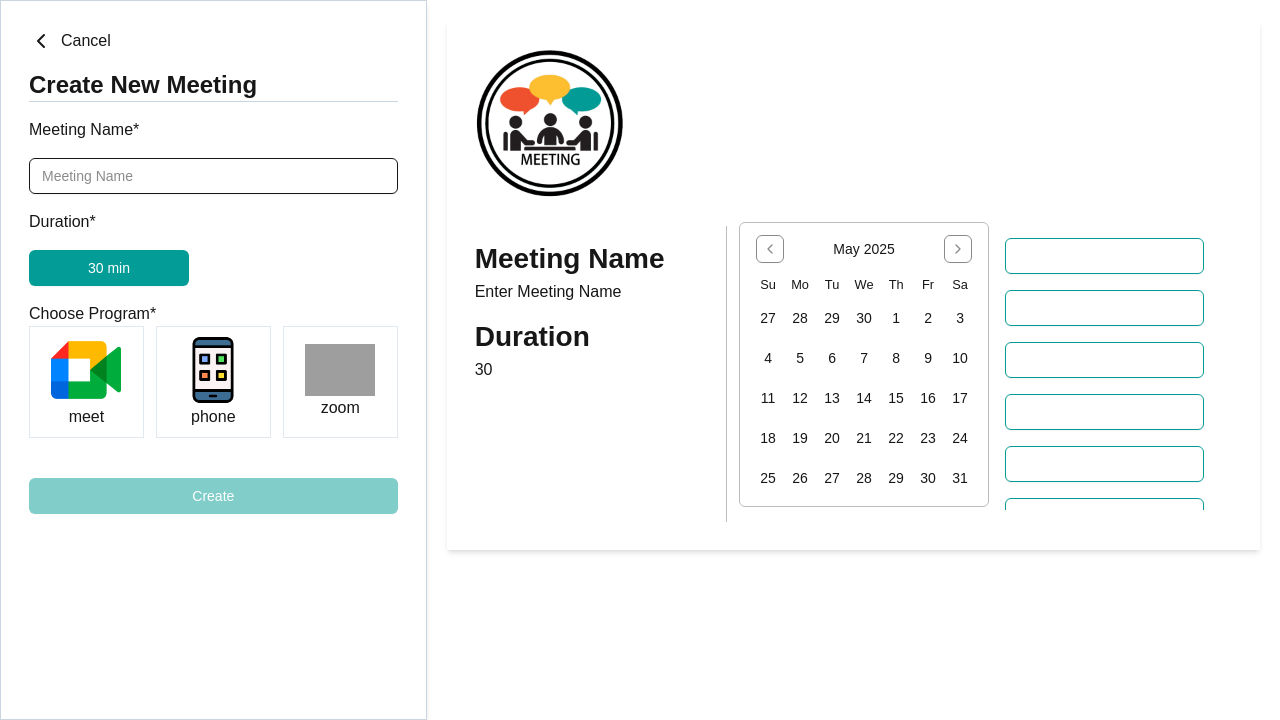
Repository: walaa-horani/scheduleMeetingNextjs
Page: /create-meeting
These files come from the project's save history. The page is drawn as it stood at one moment and after the next save; the edit follows.
The browser window is 1280 px wide. The pictures show the whole page.
Pictures or frames that could not be fetched are drawn as grey boxes. The project was rebuilt for these pictures with package versions that can differ from the ones it lists, and the page was loaded fresh each time. The framework's server and built-in components were replaced by stand-ins that run in the browser. Also part of the build but not shown: next.config.mjs.

Above is the page before, as saved 2025-05-28 22:01:13.

### app/layout.js
import { Inter, JetBrains_Mono } from "next/font/google";
import "./globals.css";

const inter = Inter({
  variable: "--font-sans",
  subsets: ["latin"],
});

const jetbrains = JetBrains_Mono({
  variable: "--font-mono",
  subsets: ["latin"],
});
export const metadata = {
  title: "Create Next App",
  description: "Generated by create next app",
};

export default function RootLayout({ children }) {
  return (
    <html lang="en">
      <body
        className={`${inter.variable} ${inter.variable} antialiased`}
      >
        {children}
      </body>
    </html>
  );
}

### app/(routes)/create-meeting/page.js
"use client"
import React, { useState } from 'react'
  import MeetingForm from './_components/MeetingForm'
import PreviewMeeting from './PreviewMeeting'
function CreateMeeting() {

      const [formValue,setFormValue] = useState()





  return (
    <div className='grid md:grid-cols-3 grid-cols-1'>

<div className=' p-3 shadow-md border border-slate-300 h-screen'>

          <MeetingForm setFormValue={setFormValue}/>
        </div>

        <div className='col-span-2'>
        <PreviewMeeting formValue={formValue}/>
        </div>
    </div>
  )
}

export default CreateMeeting

### app/(routes)/create-meeting/_components/MeetingForm.js
"use client"
import { ChevronLeft } from 'lucide-react'
import React, { useEffect, useState } from 'react'
import { Input } from '@/components/ui/input'
import { Button } from '@/components/ui/button'
import porgrams from '../../_utils/program'
import Image from 'next/image'
import {
  DropdownMenu,
  DropdownMenuContent,
  DropdownMenuItem,
  DropdownMenuLabel,
  DropdownMenuSeparator,
  DropdownMenuTrigger,
} from "@/components/ui/dropdown-menu"
import Link from 'next/link'

function MeetingForm({setFormValue}) {

    const [program,setProgram]= useState()
    const [meetingName,setMeeting] = useState()
    const [duration,setDuration] = useState(30)

    const [programsURL,setProgramsURL] = useState()



    useEffect(()=>{
      setFormValue({
        program:program,
        meetingName:meetingName,
        duration:duration,
        programsURL:programsURL

      })
    },[program,meetingName,duration,programsURL])





  return (
    <div className='p-4  '>
       <Link className='cursor-pointer' href={"/dashboard"}> <h1 className='flex gap-2 '> <ChevronLeft/> Cancel</h1></Link>
        <div>
            <h1 className='font-bold text-2xl mt-4'>Create New Meeting</h1>


            </div>

             <hr className='text-slate-300'/>

             <div className='flex flex-col gap-4 my-4'>

                <h2>Meeting Name*</h2>
                <Input onChange={(e)=> setMeeting(e.target.value)} placeholder="Meeting Name"/>
                </div>

             <div className='flex flex-col gap-4 my-4'>

                <h2>Duration*</h2>
             <Button className="max-w-40 text-white" >

                <DropdownMenu className="bg-white ">
  <DropdownMenuTrigger>{duration} min</DropdownMenuTrigger>
  <DropdownMenuContent className="bg-white border border-gray-200 shadow-lg rounded-md p-2 w-40">

    <DropdownMenuItem onClick={(e)=> setDuration(15)}>15 Min</DropdownMenuItem>
    <DropdownMenuItem onClick={(e)=> setDuration(30)}>30 Min</DropdownMenuItem>
    <DropdownMenuItem onClick={(e)=> setDuration(45)}>45 Min</DropdownMenuItem>
    <DropdownMenuItem onClick={(e)=> setDuration(60)}>60 Min</DropdownMenuItem>
  </DropdownMenuContent>
</DropdownMenu>

             </Button>
                </div>

                <div>
                   <h2>Choose Program*</h2>

                    <div  className='grid grid-cols-3 gap-3'>


                    {porgrams.map((item)=>(
                        <div onClick={()=> setProgram(item.name)} className={ `cursor-pointer hover:bg-[#e8f7f6] border-slate-200 p-2 flex flex-col justify-center border items-center ${program==item.name&&"bg-[#e8f7f6]"}`}>

                        <Image width={70} height={70} alt='image' src={item.icon}/>
                        <h2>{item.name}</h2>
                         </div>
                    ))}
                    </div>

                     {program&&
                        <>
                    <h2 className='mt-4'>Add {program} Url*</h2>
                <Input  onChange={(e)=> setProgramsURL(e.target.value)} placeholder="url"/></> }

                    </div>

                    <Button disabled={!(meetingName && duration &&programsURL &&  program)} className="mt-10 w-full text-white cursor-pointer">Create</Button>
    </div>
  )
}

export default MeetingForm

### app/(routes)/create-meeting/PreviewMeeting.js
"use client"
import React, { useEffect, useState } from 'react'
import Image from 'next/image'
import { Clock, MapPin } from 'lucide-react'
import Link from 'next/link'
import { Calendar } from "@/components/ui/calendar"
import { Button } from '@/components/ui/button'

function PreviewMeeting({formValue}) {

  const [date,setDate]= useState(new Date())
  const[timeSlotes,setTimeSlots] = useState()
  useEffect(()=>{
    formValue?.duration&&createTimeSlot(formValue?.duration)

  },[formValue])

   const createTimeSlot=(interval)=>{
        const startTime = 8 * 60; // 8 AM in minutes
        const endTime = 22 * 60; // 10 PM in minutes
        const totalSlots = (endTime - startTime) / interval;
        const slots = Array.from({ length: totalSlots }, (_, i) => {
      const totalMinutes = startTime + i * interval;
      const hours = Math.floor(totalMinutes / 60);
      const minutes = totalMinutes % 60;
      const formattedHours = hours > 12 ? hours - 12 : hours; // Convert to 12-hour format
      const period = hours >= 12 ? 'PM' : 'AM';
      return `${String(formattedHours).padStart(2, '0')}:${String(minutes).padStart(2, '0')} ${period}`;
    });

    setTimeSlots(slots);
    console.log(slots)
    }
  return (

       <div className='p-7 shadow-md   m-5'>
          <Image width={150} height={150} src="/logo.png"/>


         <div className='grid grid-cols-1 md:grid-cols-3'>

          <div className='mt-7  border-r border-[#bcbcbc]'>

             <div>

         <h2 className='font-bold text-[28px] mt-3'>Meeting Name</h2>
             <h2>{formValue?.meetingName?formValue?.meetingName:"Enter Meeting Name"}</h2>
           </div>


            <div>

         <h2 className='font-bold text-[28px] mt-3'>Duration</h2>
             <h2>{formValue?.duration?formValue?.duration:"duration"}</h2>
           </div>




          </div>


        <div className='md:col-span-2 flex p-3 mt-3'>
          <div className='flex flex-col'>


       {/* #039b95    */}
          <Calendar
              mode="single"
              selected={date}
              onSelect={setDate}
              className="rounded-md border border-[#bcbcbc]"
            />
              </div>

              <div className=' h-72 flex flex-col p-4 overflow-auto gap-4 w-full '>
                {timeSlotes?.map((item)=>(
                 <Button variant="outline" className=" text-white border-[#039b95] ">{item}</Button>
                ))}
              </div>
          </div>
         </div>
         </div>





































    //     <div className='p-7 shadow-md   m-5'>
//         <Image width={150} height={150} alt='logo' src="/logo.png"/>



//         {/* Meeting Info */}

//         <div className='grid grid-cols-1 md:grid-cols-3'>


//       <div className='mt-7  border-r border-[#bcbcbc]'>

//        <h2 className='font-bold text-[28px] text-[#039b95] '>Meeting Name</h2>
//        <h2 className='mt-6'>{formValue?.meetingName?formValue?.meetingName:"Meeting Name"}</h2>


//         <div className='flex items-center gap-2 mt-5'>
//             <Clock/> <h2> {formValue?.duration} Min</h2>
//         </div>

//         <div className='flex items-center gap-2 mt-5'>
//             <MapPin/> <h2> {formValue?.program} </h2>
//         </div>

//          <div className='mt-5'>


//         <Link  href={formValue?.programsURL?formValue?.programsURL:"#"}  className='text-blue-500 '>{formValue?.programsURL?formValue?.programsURL:"url"}</Link>
//          </div>

//     </div>
// </div>
//     <div>
//         {/* Time AND Date */}
//     </div>

//     </div>
  )
}

export default PreviewMeeting

### components/ui/input.jsx
import * as React from "react"

import { cn } from "@/lib/utils"

function Input({
  className,
  type,
  ...props
}) {
  return (
    <input
      type={type}
      data-slot="input"
      className={cn(
        "file:text-foreground placeholder:text-muted-foreground selection:bg-primary selection:text-primary-foreground dark:bg-input/30 border-input flex h-9 w-full min-w-0 rounded-md border bg-transparent px-3 py-1 text-base shadow-xs transition-[color,box-shadow] outline-none file:inline-flex file:h-7 file:border-0 file:bg-transparent file:text-sm file:font-medium disabled:pointer-events-none disabled:cursor-not-allowed disabled:opacity-50 md:text-sm",
        "focus-visible:border-ring focus-visible:ring-ring/50 focus-visible:ring-[3px]",
        "aria-invalid:ring-destructive/20 dark:aria-invalid:ring-destructive/40 aria-invalid:border-destructive",
        className
      )}
      {...props} />
  );
}

export { Input }

### components/ui/button.jsx
import * as React from "react"
import { Slot } from "@radix-ui/react-slot"
import { cva } from "class-variance-authority";

import { cn } from "@/lib/utils"

const buttonVariants = cva(
  "inline-flex items-center justify-center gap-2 whitespace-nowrap rounded-md text-sm font-medium transition-all disabled:pointer-events-none disabled:opacity-50 [&_svg]:pointer-events-none [&_svg:not([class*='size-'])]:size-4 shrink-0 [&_svg]:shrink-0 outline-none focus-visible:border-ring focus-visible:ring-ring/50 focus-visible:ring-[3px] aria-invalid:ring-destructive/20 dark:aria-invalid:ring-destructive/40 aria-invalid:border-destructive",
  {
    variants: {
      variant: {
        default:
          "bg-[#039C96] text-primary-foreground shadow-xs hover:bg-primary/90",
        destructive:
          "bg-destructive text-white shadow-xs hover:bg-destructive/90 focus-visible:ring-destructive/20 dark:focus-visible:ring-destructive/40 dark:bg-destructive/60",
        outline:
          "border bg-background shadow-xs hover:bg-accent hover:text-accent-foreground dark:bg-input/30 dark:border-input dark:hover:bg-input/50",
        secondary:
          "bg-secondary text-secondary-foreground shadow-xs hover:bg-secondary/80",
        ghost:
          "hover:bg-accent hover:text-accent-foreground dark:hover:bg-accent/50",
        link: "text-primary underline-offset-4 hover:underline",
      },
      size: {
        default: "h-9 px-4 py-2 has-[>svg]:px-3",
        sm: "h-8 rounded-md gap-1.5 px-3 has-[>svg]:px-2.5",
        lg: "h-10 rounded-md px-6 has-[>svg]:px-4",
        icon: "size-9",
      },
    },
    defaultVariants: {
      variant: "default",
      size: "default",
    },
  }
)

function Button({
  className,
  variant,
  size,
  asChild = false,
  ...props
}) {
  const Comp = asChild ? Slot : "button"

  return (
    <Comp
      data-slot="button"
      className={cn(buttonVariants({ variant, size, className }))}
      {...props} />
  );
}

export { Button, buttonVariants }

### app/(routes)/_utils/program.js
const porgrams = [
    {
        name:"meet",
        icon:"/meet.png"
    },

    {
        name:"phone",
        icon:"/app.png"
    },

    {
        name:"zoom",
        icon:"/business.png"
    },
]


export default porgrams;

### components/ui/dropdown-menu.jsx
"use client"

import * as React from "react"
import * as DropdownMenuPrimitive from "@radix-ui/react-dropdown-menu"
import { CheckIcon, ChevronRightIcon, CircleIcon } from "lucide-react"

import { cn } from "@/lib/utils"

function DropdownMenu({
  ...props
}) {
  return <DropdownMenuPrimitive.Root data-slot="dropdown-menu" {...props} />;
}

function DropdownMenuPortal({
  ...props
}) {
  return (<DropdownMenuPrimitive.Portal data-slot="dropdown-menu-portal" {...props} />);
}

function DropdownMenuTrigger({
  ...props
}) {
  return (<DropdownMenuPrimitive.Trigger data-slot="dropdown-menu-trigger" {...props} />);
}

function DropdownMenuContent({
  className,
  sideOffset = 4,
  ...props
}) {
  return (
    <DropdownMenuPrimitive.Portal>
      <DropdownMenuPrimitive.Content
        data-slot="dropdown-menu-content"
        sideOffset={sideOffset}
        className={cn(
          "bg-popover text-popover-foreground data-[state=open]:animate-in data-[state=closed]:animate-out data-[state=closed]:fade-out-0 data-[state=open]:fade-in-0 data-[state=closed]:zoom-out-95 data-[state=open]:zoom-in-95 data-[side=bottom]:slide-in-from-top-2 data-[side=left]:slide-in-from-right-2 data-[side=right]:slide-in-from-left-2 data-[side=top]:slide-in-from-bottom-2 z-50 max-h-(--radix-dropdown-menu-content-available-height) min-w-[8rem] origin-(--radix-dropdown-menu-content-transform-origin) overflow-x-hidden overflow-y-auto rounded-md border p-1 shadow-md",
          className
        )}
        {...props} />
    </DropdownMenuPrimitive.Portal>
  );
}

function DropdownMenuGroup({
  ...props
}) {
  return (<DropdownMenuPrimitive.Group data-slot="dropdown-menu-group" {...props} />);
}

function DropdownMenuItem({
  className,
  inset,
  variant = "default",
  ...props
}) {
  return (
    <DropdownMenuPrimitive.Item
      data-slot="dropdown-menu-item"
      data-inset={inset}
      data-variant={variant}
      className={cn(
        "focus:bg-accent focus:text-accent-foreground data-[variant=destructive]:text-destructive data-[variant=destructive]:focus:bg-destructive/10 dark:data-[variant=destructive]:focus:bg-destructive/20 data-[variant=destructive]:focus:text-destructive data-[variant=destructive]:*:[svg]:!text-destructive [&_svg:not([class*='text-'])]:text-muted-foreground relative flex cursor-default items-center gap-2 rounded-sm px-2 py-1.5 text-sm outline-hidden select-none data-[disabled]:pointer-events-none data-[disabled]:opacity-50 data-[inset]:pl-8 [&_svg]:pointer-events-none [&_svg]:shrink-0 [&_svg:not([class*='size-'])]:size-4",
        className
      )}
      {...props} />
  );
}

function DropdownMenuCheckboxItem({
  className,
  children,
  checked,
  ...props
}) {
  return (
    <DropdownMenuPrimitive.CheckboxItem
      data-slot="dropdown-menu-checkbox-item"
      className={cn(
        "focus:bg-accent focus:text-accent-foreground relative flex cursor-default items-center gap-2 rounded-sm py-1.5 pr-2 pl-8 text-sm outline-hidden select-none data-[disabled]:pointer-events-none data-[disabled]:opacity-50 [&_svg]:pointer-events-none [&_svg]:shrink-0 [&_svg:not([class*='size-'])]:size-4",
        className
      )}
      checked={checked}
      {...props}>
      <span
        className="pointer-events-none absolute left-2 flex size-3.5 items-center justify-center">
        <DropdownMenuPrimitive.ItemIndicator>
          <CheckIcon className="size-4" />
        </DropdownMenuPrimitive.ItemIndicator>
      </span>
      {children}
    </DropdownMenuPrimitive.CheckboxItem>
  );
}

function DropdownMenuRadioGroup({
  ...props
}) {
  return (<DropdownMenuPrimitive.RadioGroup data-slot="dropdown-menu-radio-group" {...props} />);
}

function DropdownMenuRadioItem({
  className,
  children,
  ...props
}) {
  return (
    <DropdownMenuPrimitive.RadioItem
      data-slot="dropdown-menu-radio-item"
      className={cn(
        "focus:bg-accent focus:text-accent-foreground relative flex cursor-default items-center gap-2 rounded-sm py-1.5 pr-2 pl-8 text-sm outline-hidden select-none data-[disabled]:pointer-events-none data-[disabled]:opacity-50 [&_svg]:pointer-events-none [&_svg]:shrink-0 [&_svg:not([class*='size-'])]:size-4",
        className
      )}
      {...props}>
      <span
        className="pointer-events-none absolute left-2 flex size-3.5 items-center justify-center">
        <DropdownMenuPrimitive.ItemIndicator>
          <CircleIcon className="size-2 fill-current" />
        </DropdownMenuPrimitive.ItemIndicator>
      </span>
      {children}
    </DropdownMenuPrimitive.RadioItem>
  );
}

function DropdownMenuLabel({
  className,
  inset,
  ...props
}) {
  return (
    <DropdownMenuPrimitive.Label
      data-slot="dropdown-menu-label"
      data-inset={inset}
      className={cn("px-2 py-1.5 text-sm font-medium data-[inset]:pl-8", className)}
      {...props} />
  );
}

function DropdownMenuSeparator({
  className,
  ...props
}) {
  return (
    <DropdownMenuPrimitive.Separator
      data-slot="dropdown-menu-separator"
      className={cn("bg-border -mx-1 my-1 h-px", className)}
      {...props} />
  );
}

function DropdownMenuShortcut({
  className,
  ...props
}) {
  return (
    <span
      data-slot="dropdown-menu-shortcut"
      className={cn("text-muted-foreground ml-auto text-xs tracking-widest", className)}
      {...props} />
  );
}

function DropdownMenuSub({
  ...props
}) {
  return <DropdownMenuPrimitive.Sub data-slot="dropdown-menu-sub" {...props} />;
}

function DropdownMenuSubTrigger({
  className,
  inset,
  children,
  ...props
}) {
  return (
    <DropdownMenuPrimitive.SubTrigger
      data-slot="dropdown-menu-sub-trigger"
      data-inset={inset}
      className={cn(
        "focus:bg-accent focus:text-accent-foreground data-[state=open]:bg-accent data-[state=open]:text-accent-foreground flex cursor-default items-center rounded-sm px-2 py-1.5 text-sm outline-hidden select-none data-[inset]:pl-8",
        className
      )}
      {...props}>
      {children}
      <ChevronRightIcon className="ml-auto size-4" />
    </DropdownMenuPrimitive.SubTrigger>
  );
}

function DropdownMenuSubContent({
  className,
  ...props
}) {
  return (
    <DropdownMenuPrimitive.SubContent
      data-slot="dropdown-menu-sub-content"
      className={cn(
        "bg-popover text-popover-foreground data-[state=open]:animate-in data-[state=closed]:animate-out data-[state=closed]:fade-out-0 data-[state=open]:fade-in-0 data-[state=closed]:zoom-out-95 data-[state=open]:zoom-in-95 data-[side=bottom]:slide-in-from-top-2 data-[side=left]:slide-in-from-right-2 data-[side=right]:slide-in-from-left-2 data-[side=top]:slide-in-from-bottom-2 z-50 min-w-[8rem] origin-(--radix-dropdown-menu-content-transform-origin) overflow-hidden rounded-md border p-1 shadow-lg",
        className
      )}
      {...props} />
  );
}

export {
  DropdownMenu,
  DropdownMenuPortal,
  DropdownMenuTrigger,
  DropdownMenuContent,
  DropdownMenuGroup,
  DropdownMenuLabel,
  DropdownMenuItem,
  DropdownMenuCheckboxItem,
  DropdownMenuRadioGroup,
  DropdownMenuRadioItem,
  DropdownMenuSeparator,
  DropdownMenuShortcut,
  DropdownMenuSub,
  DropdownMenuSubTrigger,
  DropdownMenuSubContent,
}

### components/ui/calendar.jsx
"use client"

import * as React from "react"
import { ChevronLeft, ChevronRight } from "lucide-react"
import { DayPicker } from "react-day-picker"

import { cn } from "@/lib/utils"
import { buttonVariants } from "@/components/ui/button"

function Calendar({
  className,
  classNames,
  showOutsideDays = true,
  ...props
}) {
  return (
    <DayPicker
      showOutsideDays={showOutsideDays}
      className={cn("p-3", className)}
      classNames={{
        months: "flex flex-col sm:flex-row gap-2",
        month: "flex flex-col gap-4",
        caption: "flex justify-center pt-1 relative items-center w-full",
        caption_label: "text-sm font-medium",
        nav: "flex items-center gap-1",
        nav_button: cn(
          buttonVariants({ variant: "outline" }),
          "size-7 bg-transparent p-0 opacity-50 hover:opacity-100"
        ),
        nav_button_previous: "absolute left-1",
        nav_button_next: "absolute right-1",
        table: "w-full border-collapse space-x-1",
        head_row: "flex",
        head_cell:
          "text-muted-foreground rounded-md w-8 font-normal text-[0.8rem]",
        row: "flex w-full mt-2",
        cell: cn(
          "relative p-0 text-center text-sm focus-within:relative focus-within:z-20 [&:has([aria-selected])]:bg-accent [&:has([aria-selected].day-range-end)]:rounded-r-md",
          props.mode === "range"
            ? "[&:has(>.day-range-end)]:rounded-r-md [&:has(>.day-range-start)]:rounded-l-md first:[&:has([aria-selected])]:rounded-l-md last:[&:has([aria-selected])]:rounded-r-md"
            : "[&:has([aria-selected])]:rounded-md"
        ),
        day: cn(
          buttonVariants({ variant: "ghost" }),
          "size-8 p-0 font-normal aria-selected:opacity-100"
        ),
        day_range_start:
          "day-range-start aria-selected:bg-primary aria-selected:text-primary-foreground",
        day_range_end:
          "day-range-end aria-selected:bg-primary aria-selected:text-primary-foreground",
        day_selected:
          "bg-primary text-primary-foreground hover:bg-primary hover:text-primary-foreground focus:bg-primary focus:text-primary-foreground",
        day_today: "bg-accent text-accent-foreground",
        day_outside:
          "day-outside text-muted-foreground aria-selected:text-muted-foreground",
        day_disabled: "text-muted-foreground opacity-50",
        day_range_middle:
          "aria-selected:bg-accent aria-selected:text-accent-foreground",
        day_hidden: "invisible",
        ...classNames,
      }}
      components={{
        IconLeft: ({ className, ...props }) => (
          <ChevronLeft className={cn("size-4", className)} {...props} />
        ),
        IconRight: ({ className, ...props }) => (
          <ChevronRight className={cn("size-4", className)} {...props} />
        ),
      }}
      {...props} />
  );
}

export { Calendar }

Loaded but not shown: app/globals.css (common file); lib/utils.js (common file)

After the next save:
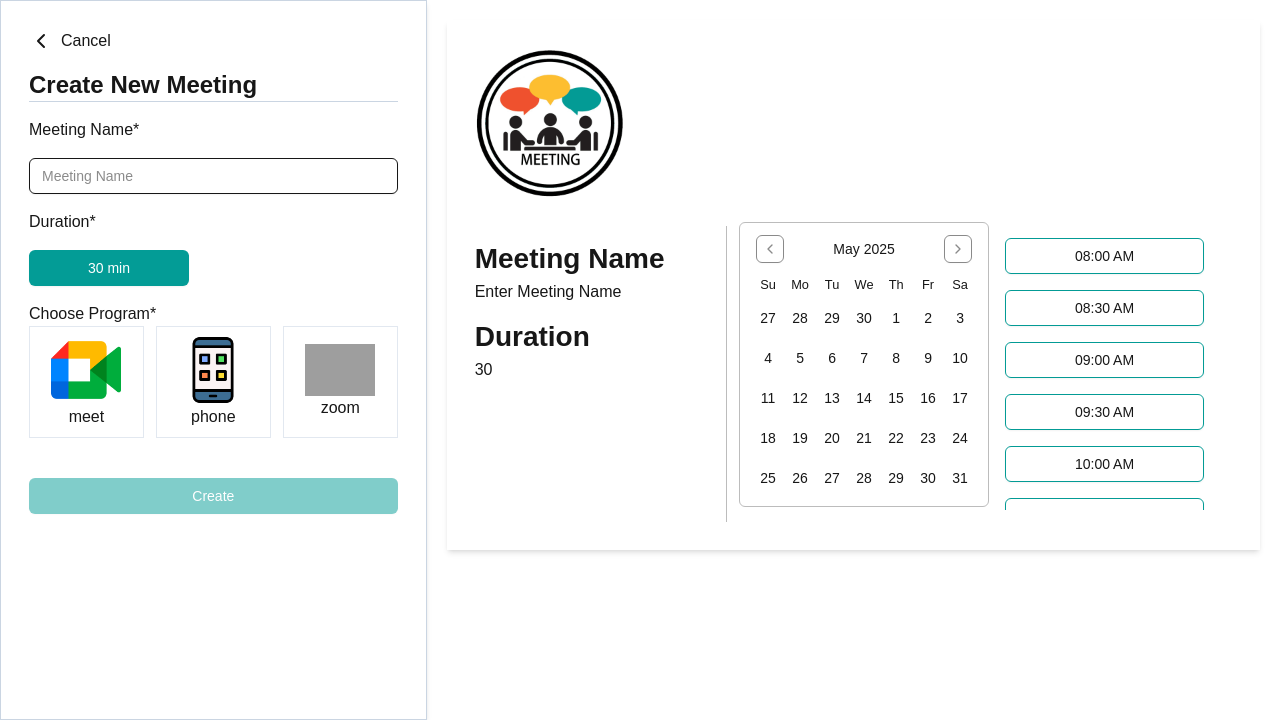
Saved 9 s later.
--- a/app/(routes)/create-meeting/PreviewMeeting.js
+++ b/app/(routes)/create-meeting/PreviewMeeting.js
@@ -75,7 +75,7 @@
 
               <div className=' h-72 flex flex-col p-4 overflow-auto gap-4 w-full '>
                 {timeSlotes?.map((item)=>(
-                 <Button variant="outline" className=" text-white border-[#039b95] ">{item}</Button>
+                 <Button variant="outline" className=" border-[#039b95] ">{item}</Button>
                 ))}
               </div>
           </div>
